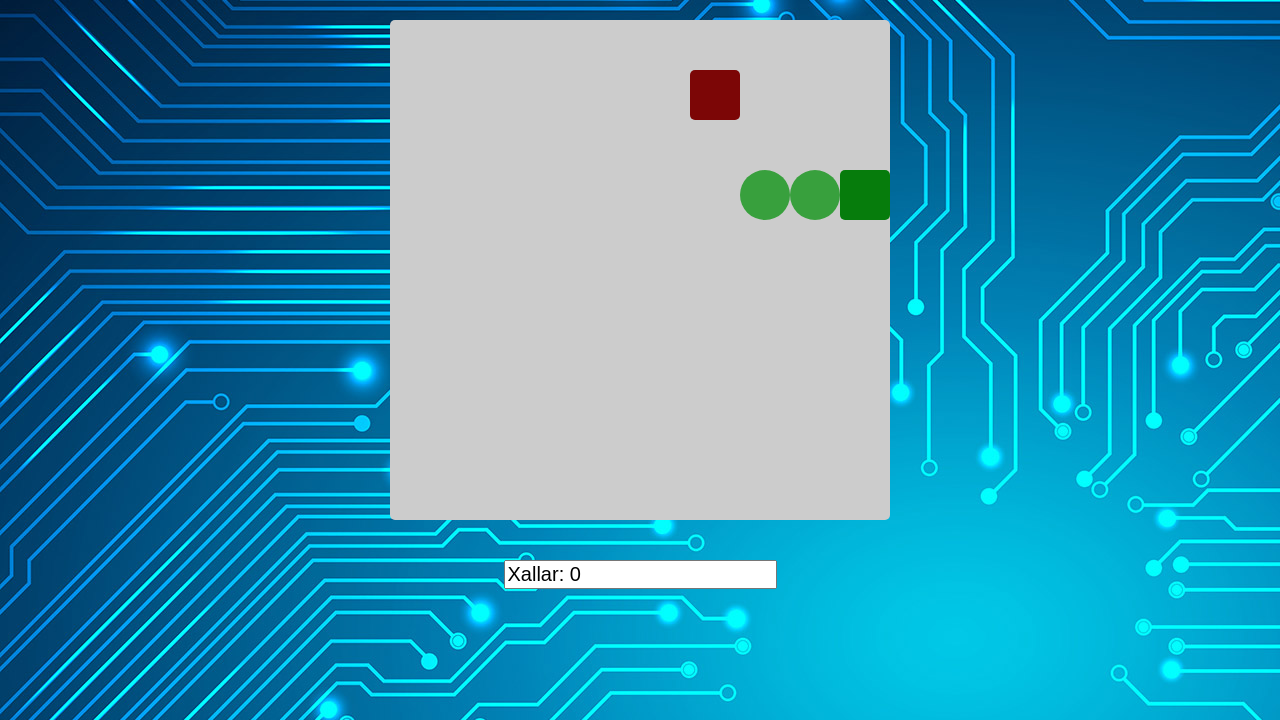
Repository: elvinyeka/SnakeGame
Page: index.html
An editor plug-in stored every save of this project. The page is shown before and after the next save, followed by the edit.
The browser window is 1280 px wide. The pictures show the whole page.

Above is the page before, as saved 2020-11-08 19:48:37.

After the next save:
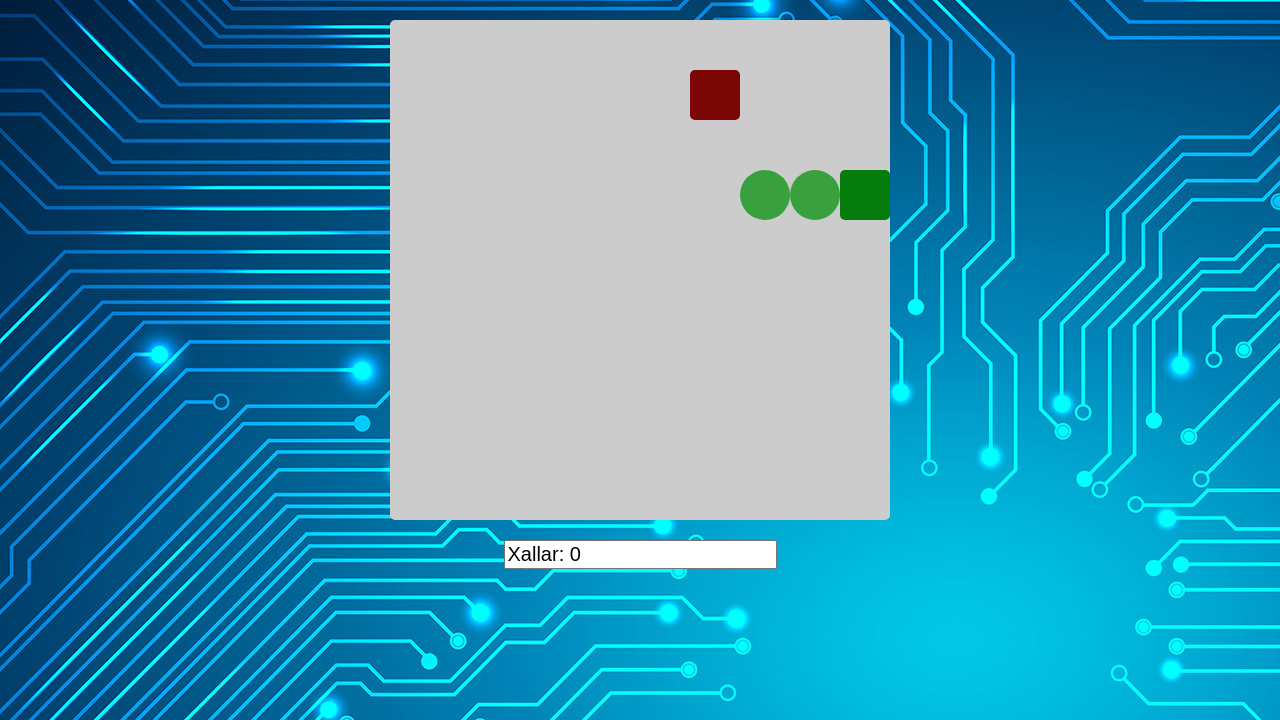
Saved 25 s later.
--- a/js/snake.js
+++ b/js/snake.js
@@ -70,7 +70,7 @@ var input = document.createElement('input');
 document.body.appendChild(input);
 input.style.cssText = `
 margin: auto;
-margin-top:40px;
+margin-top:20px;
 font-size: 20px;
 display:block;
 `;
